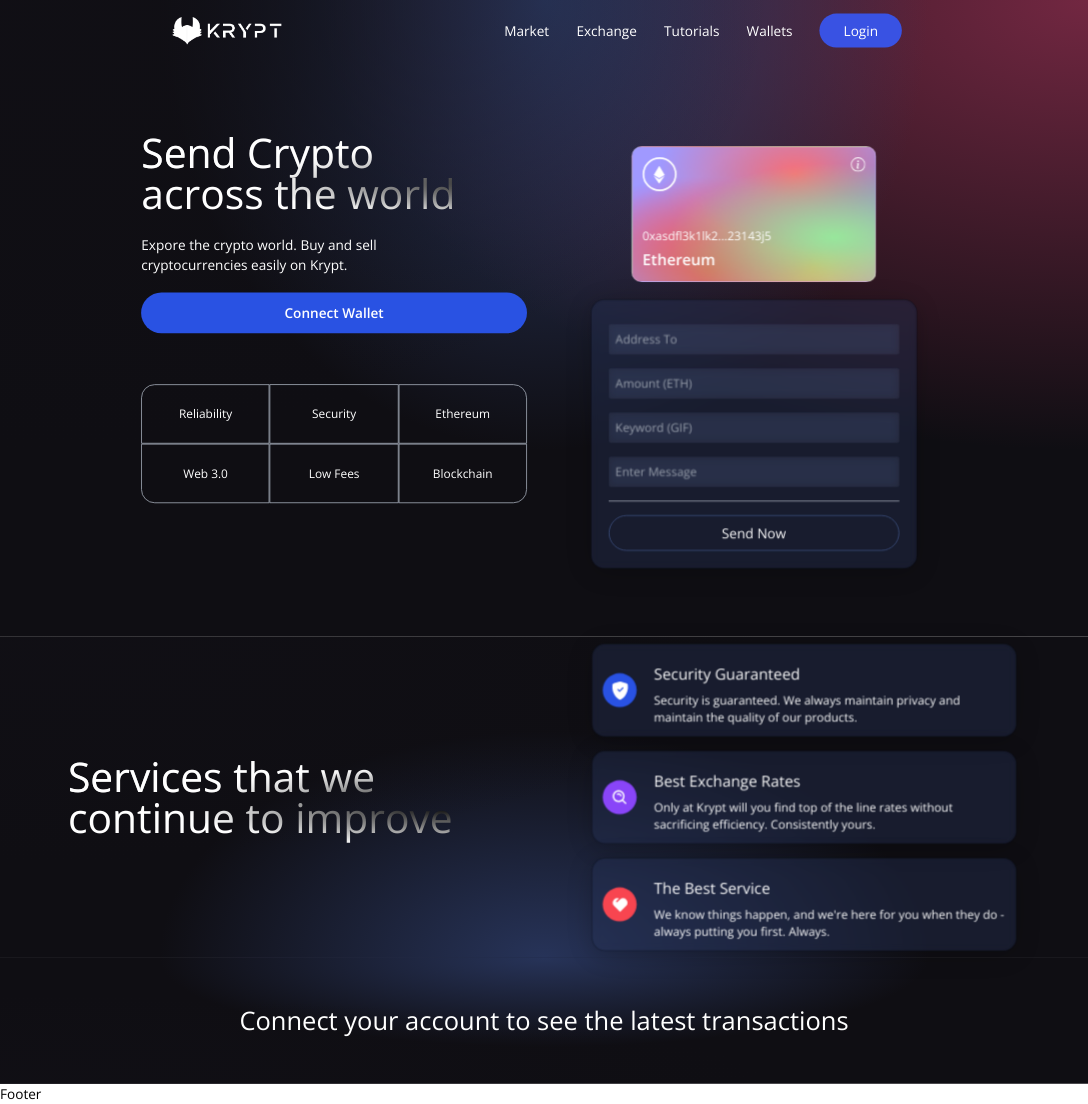
Repository: stephan-chiorean/krypt
Page: / (app in client/)
These files come from the project's save history. The page is drawn as it stood at one moment and after the next save; the edit follows.
The browser window is 1280 px wide. The pictures show the whole page, at 85% of full size.
The project was rebuilt for these pictures with package versions that can differ from the ones it lists, and the page was loaded fresh each time. Also part of the build but not shown: client/vite.config.js, client/src/components/Loader.jsx.

Above is the page before, as saved 2023-03-29 20:39:53.

### client/src/main.jsx
import React from 'react'
import ReactDOM from 'react-dom/client'
import App from './App'
import {TransactionProvider} from './context/TransactionContext';
import './index.css'

ReactDOM.createRoot(document.getElementById('root')).render(
  <TransactionProvider>
  <React.StrictMode>
    <App />
  </React.StrictMode>
  </TransactionProvider>,
)

### client/src/App.jsx
import {Navbar, Welcome, Footer, Services, Transactions} from './components';

const App = () => {

  return (
    <div className="min-h-screen">
      <div className="gradient-bg-welcome">
        <Navbar/>
        <Welcome/>
      </div>
      <Services/>
      <Transactions/>
      <Footer/>
    </div>
  )
}

export default App

### client/src/context/TransactionContext.jsx
import React, { useState, useEffect } from 'react';
import * as ethers from 'ethers';
import { contractABI, contractAddress } from '../utils/constants';
import toast from 'react-hot-toast';

export const TransactionContext = React.createContext();

const { ethereum } = window;

const getEthereumContract = () => {
    console.log(ethers)
  const provider = new ethers.providers.Web3Provider(ethereum);
  const signer = provider.getSigner();
  const transactionContract = new ethers.Contract(
    contractAddress,
    contractABI,
    signer
  );

  return transactionContract;

//   console.log({
//     provider,
//     signer,
//     transactionContract,
//   });
};

export const TransactionProvider = ({ children }) => {
  const [connectedAccount, setConnectedAccount] = useState('');
  const [formData, setFormData] = useState({ addressTo: '', amount: 0, keyword: '', message: ''});
  const [isLoading, setIsLoading] = useState(false);
  const [transactionCount, setTransactionCount] = useState(localStorage.getItem('transactionCount'));

  const handleChange = (e, name) => {
    setFormData((prevState) => ({...prevState, [name]: e.target.value}));
  }

  const checkIfWalletIsConnected = async () => {
    try {
      if (!ethereum) return alert('Please install metamask');

      const accounts = await ethereum.request({ method: 'eth_accounts' });
      if (accounts.length) {
        setConnectedAccount(accounts[0]);
      } else {
        console.log('No accounts found');
      }
      console.log(accounts);
    } catch (err) {
      console.error(err);
      throw new Error('No ethereum object');
    }
  };
  const disconnectWallet = async () => {
    setConnectedAccount('')
    console.log('DISCONNECTED');
    window.location.reload();
  }

  const connectWallet = async () => {
    try {
      if (!ethereum) return alert('Please install metamask');

      // Display loading toast
      const loadingToast = toast.loading('Connecting...');

      const accounts = await ethereum.request({
        method: 'eth_requestAccounts',
      });

      setConnectedAccount(accounts[0]);
      console.log('CONNECTED', connectedAccount);

      // Dismiss loading toast and show a success toast
      toast.dismiss(loadingToast);
      toast.success('Connected successfully');
    } catch (err) {
      console.error(err);
      // Dismiss loading toast and show an error toast
      toast.dismiss(loadingToast);
      toast.error('Error connecting to wallet');
      throw new Error('No ethereum object.');
    }
  };


  const sendTransaction = async() => {
    try {
        if(!ethereum) return alert("Please install metamask");
        const {addressTo, amount, keyword, message} = formData;
        const transactionContract = getEthereumContract();
        const parsedAmount = ethers.utils.parseEther(amount);

        await ethereum.request({
            method: 'eth_sendTransaction',
            params: [{
                from: connectedAccount,
                to: addressTo,
                gas: '0x5208', //21000 gwei
                value: parsedAmount._hex,
            }]
        })

        const transactionHash = await transactionContract.addToBlockchain(addressTo, parsedAmount, message, keyword);
        setIsLoading(true);
        console.log(`Loading - ${transactionHash.hash}`);
        await transactionHash.wait();
        setIsLoading(false);
        console.log(`Success - ${transactionHash.hash}`)

        const transactionCount = await transactionContract.getTransactionCount();
        setTransactionCount(transactionCount.toNumber())


    } catch(err) {
        console.error(err);
    }
  }

  useEffect(() => {
    // checkIfWalletIsConnected();
    console.log("PRINT WHEN LOAD", connectedAccount)
  }, [connectedAccount]);
  return (
    <TransactionContext.Provider value={{ connectWallet, connectedAccount, formData, setFormData, handleChange, sendTransaction, disconnectWallet }}>
      {children}
    </TransactionContext.Provider>
  );
};

### client/src/components/index.js
export {default as Loader} from './Loader';
export {default as Navbar} from './Navbar';
export {default as Footer} from './Footer';
export {default as Welcome} from './Welcome';
export {default as Transactions} from './Transactions';
export {default as Services} from './Services';

### client/src/utils/constants.js
import abi from './Transactions.json';

export const contractABI = abi.abi;
export const contractAddress = '0x48d319b761e733246BF575C86d399bB8EDdA6dEf';

### client/src/components/Navbar.jsx
import { HiMenuAlt4 } from 'react-icons/hi';
import { AiOutlineClose } from 'react-icons/ai';
import { useState } from 'react';
import { useContext } from 'react';
import logo from '../../images/logo.png';
import { TransactionContext } from '../context/TransactionContext';

const NavbarItem = ({ title, classProps }) => {
  return <li className={`mx-4 cursor-pointer ${classProps}`}>{title}</li>;
};
export default () => {
  const [toggleMenu, setToggleMenu] = useState(false);
  const {disconnectWallet, connectedAccount} = useContext(TransactionContext);
  return (
    <nav className='w-full flex md:justify-center justify-between items-center p-4'>
      <div className='md:flex-[0.5] flex-initial justify-center items-center'>
        <img src={logo} alt='logo' className='w-32 cursor-pointer' />
      </div>
      <ul className='text-white md:flex hidden list-none flex-row justify-between items-center flex-initial'>
        {['Market', 'Exchange', 'Tutorials', 'Wallets'].map((item, index) => (
          <NavbarItem key={item + index} title={item} />
        ))}
        <li onClick={disconnectWallet} className='bg-[#3952e3] py-2 px-7 mx-4 rounded-full cursor-pointer hover:bg-[#2546bd]'>
          {connectedAccount ? "Sign Out" : "Login"}
        </li>
      </ul>
      <div className='flex relative'>
        {toggleMenu ? (
          <AiOutlineClose
            fontSize={28}
            className='text-white md:hidden cursor-pointer'
            onClick={() => setToggleMenu(false)}
          />
        ) : (
          <HiMenuAlt4
            fontSize={28}
            className='text-white md:hidden cursor-pointer'
            onClick={() => setToggleMenu(true)}
          />
        )}
        {toggleMenu && (
          <ul className="z-10 fixed top-0 -right-2 p-3 w-[70vw] h-screen shadow-2xl md:hidden list-none flex flex-col justify-start items-end rounded-md blue-glassmorphism text-white animate-slide-in">
            <li className='text-xl w-full my-2'>
              <AiOutlineClose onClick={() => setToggleMenu(false)} className="cursor-pointer"/>
            </li>
            {['Market', 'Exchange', 'Tutorials', 'Wallets'].map(
              (item, index) => (
                <NavbarItem key={item + index} title={item} classProps="my-2 text-lg"/>
              )
            )}
          </ul>
        )}
      </div>
    </nav>
  );
};

### client/src/components/Footer.jsx
import React from 'react'

export default() => {
  return (
    <div>Footer</div>
  )
}

### client/src/components/Welcome.jsx
import { AiFillPlayCircle } from 'react-icons/ai';
import { SiEthereum } from 'react-icons/si';
import { BsInfoCircle } from 'react-icons/bs';
import { TransactionContext } from '../context/TransactionContext';
import React, { useContext } from 'react';
import { Loader } from './';
import {Toaster} from 'react-hot-toast';
const commonStyles =
  'min-h-[70px] sm:px-0 px-2 sm:min-w-[120px] flex justify-center items-center border-[0.5px] border-gray-400 text-sm font-light text-white';

const Input = ({ placeholder, name, type, value, handleChange }) => (
  <input
    placeholder={placeholder}
    type={type}
    step='0.0001'
    value={value}
    onChange={(e) => handleChange(e, name)}
    className='my-2 w-full rounded-sm p-2 outline-none text-white border-none text-sm white-glassmorphism'
  />
);
export default () => {
  const {
    connectWallet,
    connectedAccount,
    formData,
    sendTransaction,
    handleChange,
    disconnectWallet,
  } = useContext(TransactionContext);
  const handleSubmit = (e) => {
    const { addressTo, amount, keyword, message } = formData;
    e.preventDefault();

    if (!addressTo || !amount || !keyword || !message) return;
    sendTransaction();
  };
  return (
    <div className='flex w-full justify-center items-center'>
      <Toaster/>
      <div className='flex md:flex-row flex-col items-start justify-between md:p-20 py-12 px-4'>
        <div className='flex flex-1 justify-start flex-col md:mr-10'>
          <h1 className='text-3xl sm:text-5xl text-white text-gradient py-1'>
            Send Crypto <br /> across the world
          </h1>
          <p className='text-left mt-5 text-white font-light md:w-9/12 w-11/12 text-base'>
            Expore the crypto world. Buy and sell cryptocurrencies easily on
            Krypt.
          </p>
          {!connectedAccount && (
            <button
              type='button'
              onClick={connectWallet}
              className='flex flex-row justify-center items-center my-5 bg-[#2952e3] p-3 rounded-full cursor-pointer hover:bg-[#2546bd]'
            >
              <p className='text-white text-base font-semibold'>
                Connect Wallet
              </p>
            </button>
          )}

          <div className='grid sm:grid-cols-3 grid-cols-2 w-full mt-10'>
            <div className={`rounded-tl-2xl ${commonStyles}`}>Reliability</div>
            <div className={commonStyles}>Security</div>
            <div className={`sm:rounded-tr-2xl ${commonStyles}`}>Ethereum</div>
            <div className={`sm:rounded-bl-2xl ${commonStyles}`}>Web 3.0</div>
            <div className={commonStyles}>Low Fees</div>
            <div className={`rounded-br-2xl ${commonStyles}`}>Blockchain</div>
          </div>
        </div>

        <div className='flex flex-col flex-1 items-center justify-start w-full md:mt-0 mt-10'>
          <div className='p-3 justify-end items-start flex-col rounded-xl h-40 sm:w-72 w-full my-5 eth-card white-glassmorphism'>
            <div className='flex justify-between flex-col w-full h-full'>
              <div className='flex justify-between items-start'>
                <div className='w-10 h-10 rounded-full border-2 border-white flex justify-center items-center'>
                  <SiEthereum fontSize={21} color='#fff' />
                </div>
                <BsInfoCircle fontSize={17} color='#fff' />
              </div>
              <div>
                <p className='text-white font-light text-sm'>
                  0xasdfl3k1lk2...23143j5
                </p>
                <p className='text-white font-semibold text-lg mt-1'>
                  Ethereum
                </p>
              </div>
            </div>
          </div>

          <div className='p-5 sm:w-96 w-full flex flex-col justify-start items-center blue-glassmorphism'>
            <Input
              placeholder='Address To'
              name='addressTo'
              type='text'
              handleChange={handleChange}
            />
            <Input
              placeholder='Amount (ETH)'
              name='amount'
              type='number'
              handleChange={handleChange}
            />
            <Input
              placeholder='Keyword (GIF)'
              name='keyword'
              type='text'
              handleChange={handleChange}
            />
            <Input
              placeholder='Enter Message'
              name='message'
              type='text'
              handleChange={handleChange}
            />
            <div className='h-[1px] w-full bg-gray-400 my-2' />
            {false ? (
              <Loader />
            ) : (
              <button
                type='submit'
                onClick={handleSubmit}
                className='text-white w-full mt-2 border-[1px] p-2 border-[#3d4f7c] rounded-full cursor-pointer'
              >
                Send Now
              </button>
            )}
          </div>
        </div>
      </div>
    </div>
  );
};

### client/src/components/Transactions.jsx
import React from 'react'
import { useContext } from 'react';
import { TransactionContext } from '../context/TransactionContext';
import dummyData from '../utils/dummyData';

export default() => {
  const {connectedAccount} = useContext(TransactionContext);
  return (
    <div className="flex w-full justify-center items-center 2xl:px-20 gradient-bg-transactions">
      <div className="flex flex-col md:p-12 py-12 px-4">
        {connectedAccount ? (
          <h3 className="text-white text-3xl text-center my-2">Latest Transactions</h3>
        ) : (
          <h3 className="text-white text-3xl text-center my-2">Connect your account to see the latest transactions</h3>
        )}
        {/* Latest Transactions */}
        {/* Connect your account to see latest transactions */}

      </div>
    </div>
  )
}

### client/src/components/Services.jsx
import React from 'react';
import { BsShieldFillCheck } from 'react-icons/bs';
import { BiSearchAlt } from 'react-icons/bi';
import { RiHeart2Fill } from 'react-icons/ri';

const ServiceCard = ({color, title, icon, subtitle}) => (
  <div className='flex flex-row md:w-[500px] justify-start items-center p-3 m-2 cursor-pointer blue-glassmorphism'>
    <div className={`w-10 h-10 rounded-full flex justify-center items-center ${color}`}>
      {icon}
    </div>
    <div className="ml-5 flex flex-col flex-1">
      <h1 className="mt-2 text-white text-lg">{title}</h1>
      <p className="mt-2 text-white text-sm">{subtitle}</p>
    </div>
  </div>
);
export default () => {
  return (
    <div className='flex flex-col md:flex-row w-full justify-center items-center gradient-bg-services'>
      <div className='flex md:flex-row flex-col items-center justify-between md:p-20 py-12 px-4'>
        <div className='flex-1 flex flex-col justify-start items-start'>
          <h1 className='text-white text-3xl sm:text-5xl py-2 text-gradient'>
            Services that we
            <br />
            continue to improve
          </h1>
        </div>
      </div>
      <div className='flex-1 flex flex-col justify-start items-center'>
        <ServiceCard
          color='bg-[#2952e3]'
          title='Security Guaranteed'
          icon={<BsShieldFillCheck fontSize={21} className='text-white' />}
          subtitle="Security is guaranteed. We always maintain privacy and maintain the quality of our products."
        />
        <ServiceCard
          color='bg-[#8945f8]'
          title='Best Exchange Rates'
          icon={<BiSearchAlt fontSize={21} className='text-white' />}
          subtitle="Only at Krypt will you find top of the line rates without sacrificing efficiency. Consistently yours."
        />
        <ServiceCard
          color='bg-[#f84550]'
          title='The Best Service'
          icon={<RiHeart2Fill fontSize={21} className='text-white' />}
          subtitle="We know things happen, and we're here for you when they do - always putting you first. Always."
        />
      </div>
    </div>
  );
};

### client/src/utils/dummyData.js
export default [
    {
      id: 1,
      url: "https://metro.co.uk/wp-content/uploads/2015/05/pokemon_crying.gif?quality=90&strip=all&zoom=1&resize=500%2C284",
      message: "",
      timestamp: "12/21/2021, 4:33:21 PM",
      addressFrom: "0xCF8e569A97C423952DdFf902375C7C76549A6A90",
      amount: "0.01",
      addressTo: "0x8aa395Ab97837576aF9cd6946C79024ef1acfdbE",
    },
    {
      id: 2,
      url: "https://media4.popsugar-assets.com/files/2013/11/07/832/n/1922398/eb7a69a76543358d_28.gif",
      message: "",
      timestamp: "12/21/2021, 4:33:21 PM",
      addressFrom: "0xCF8e569A97C423952DdFf902375C7C76549A6A90",
      amount: "0.01",
      addressTo: "0x8aa395Ab97837576aF9cd6946C79024ef1acfdbE",
    },
    {
      id: 3,
      url: "https://acegif.com/wp-content/uploads/gif-shaking-head-38.gif",
      message: "",
      timestamp: "12/21/2021, 4:33:21 PM",
      addressFrom: "0xCF8e569A97C423952DdFf902375C7C76549A6A90",
      amount: "0.01",
      addressTo: "0x8aa395Ab97837576aF9cd6946C79024ef1acfdbE",
    },
    {
      id: 4,
      url: "https://i.pinimg.com/originals/68/a0/9e/68a09e774e98242871c2db0f99307420.gif",
      message: "",
      timestamp: "12/21/2021, 4:33:21 PM",
      addressFrom: "0xCF8e569A97C423952DdFf902375C7C76549A6A90",
      amount: "0.01",
      addressTo: "0x8aa395Ab97837576aF9cd6946C79024ef1acfdbE",
    },
    {
      id: 5,
      url: "https://i.pinimg.com/originals/73/d3/a1/73d3a14d212314ab1f7268b71d639c15.gif",
      message: "",
      timestamp: "12/21/2021, 4:33:21 PM",
      addressFrom: "0xCF8e569A97C423952DdFf902375C7C76549A6A90",
      amount: "0.01",
      addressTo: "0x8aa395Ab97837576aF9cd6946C79024ef1acfdbE",
    },
    {
      id: 6,
      url: "https://www.omnisend.com/blog/wp-content/uploads/2016/09/funny-gifs-9.gif",
      message: "",
      timestamp: "12/21/2021, 4:33:21 PM",
      addressFrom: "0xCF8e569A97C423952DdFf902375C7C76549A6A90",
      amount: "0.01",
      addressTo: "0x8aa395Ab97837576aF9cd6946C79024ef1acfdbE",
    },
  ];

Loaded but not shown: client/index.html (common file); client/src/index.css (common file); client/tailwind.config.js (common file); client/src/utils/Transactions.json (140 lines, source omitted)

After the next save:
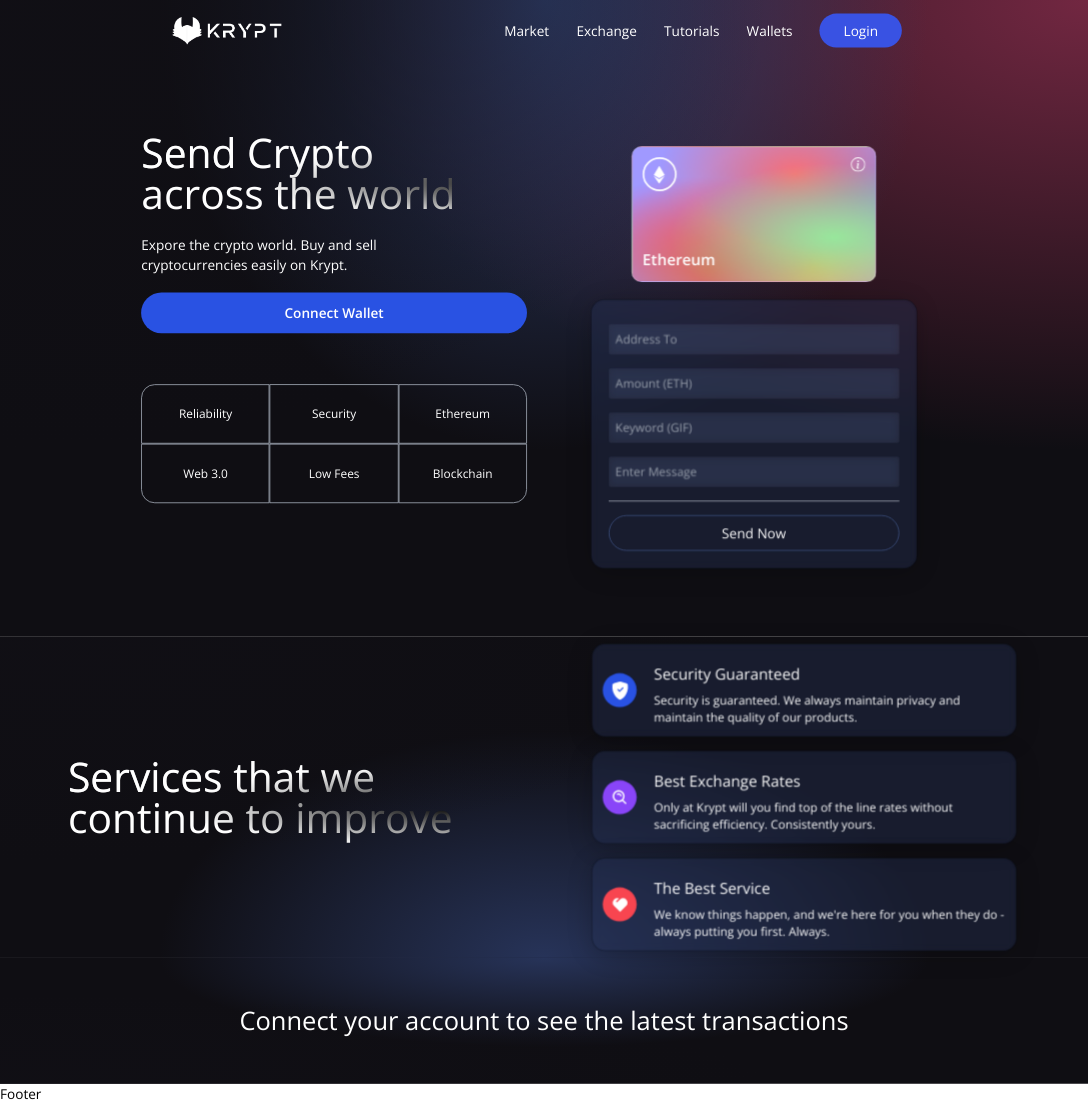
Saved 2 min 1 s later.
--- a/client/src/components/Welcome.jsx
+++ b/client/src/components/Welcome.jsx
@@ -79,7 +79,7 @@ export default () => {
               </div>
               <div>
                 <p className='text-white font-light text-sm'>
-                  0xasdfl3k1lk2...23143j5
+                  {connectedAccount}
                 </p>
                 <p className='text-white font-semibold text-lg mt-1'>
                   Ethereum
